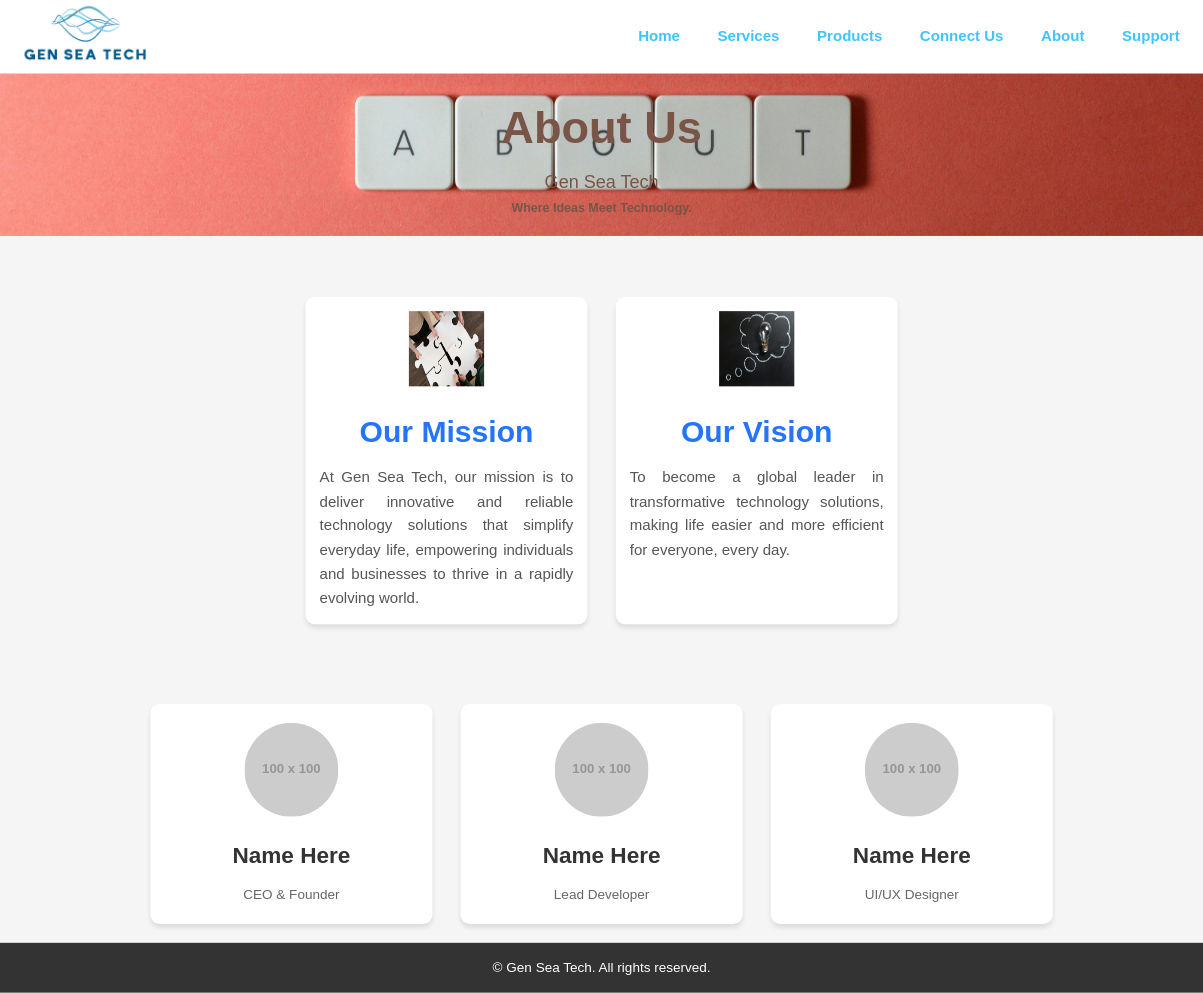
Repository: aniketkhatawkar/Gen_Sea_Tech
Page: http://localhost/GenSeaTech/about.jsp
The author's editor kept a copy of each file at every save. The page is drawn from the files as they stood at one save, then again after the next save.
The browser window is 1280 px wide. The pictures show the whole page, at 94% of full size.
The page is served by Tomcat 10.

Above is the page before, as saved 2024-12-14 12:04:08.

After the next save:
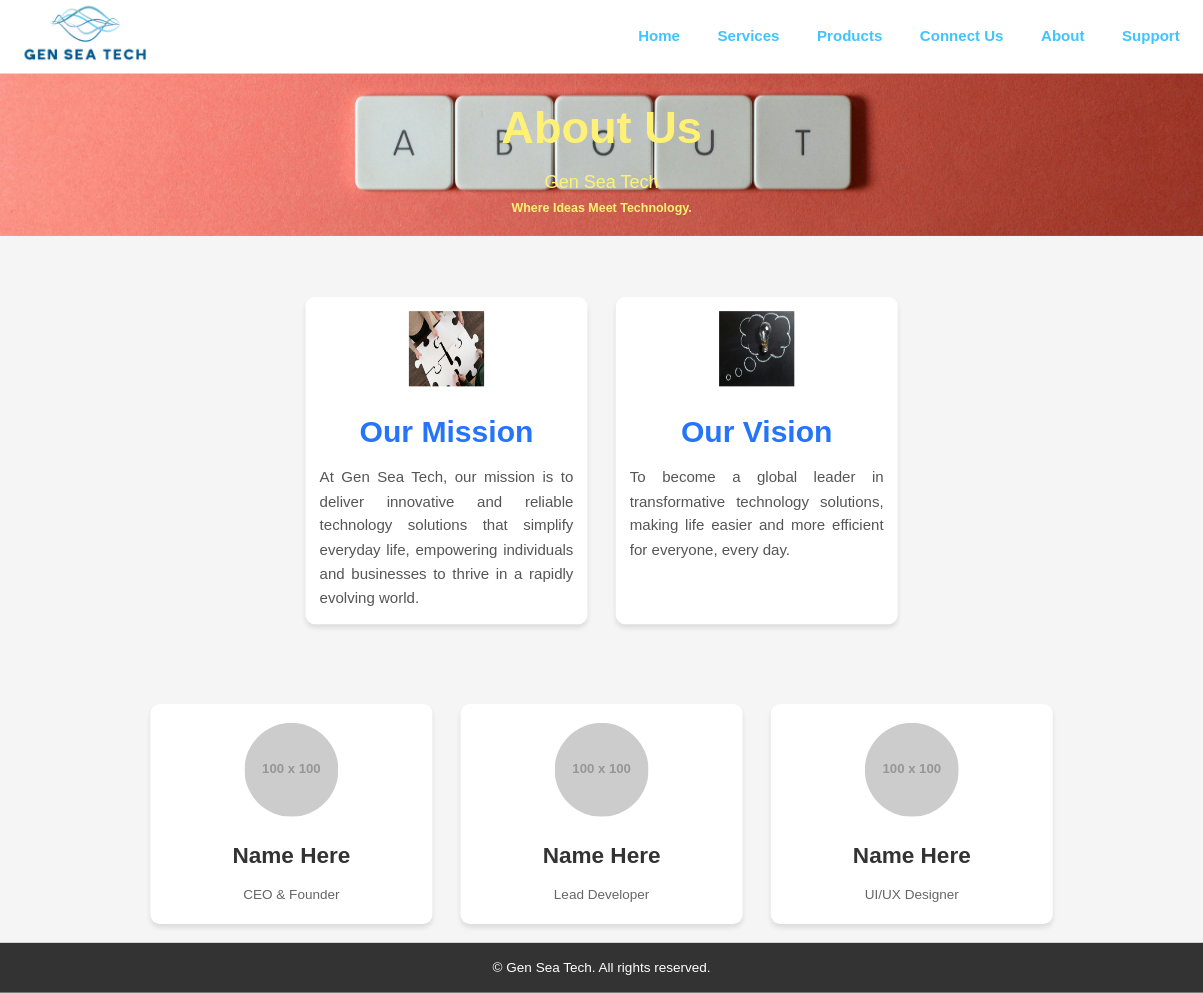
Saved 19 s later.
--- a/GenSeaTech/src/main/webapp/about.jsp
+++ b/GenSeaTech/src/main/webapp/about.jsp
@@ -23,7 +23,7 @@
 	    background:  url("assets/about.jpg") no-repeat center center;
 	    background-size: cover;
 	    object-fit: cover;
-		color: #795548;
+		color: #fff176;
 	    padding: 20px 10px;
 	    text-align: center;
 	}
